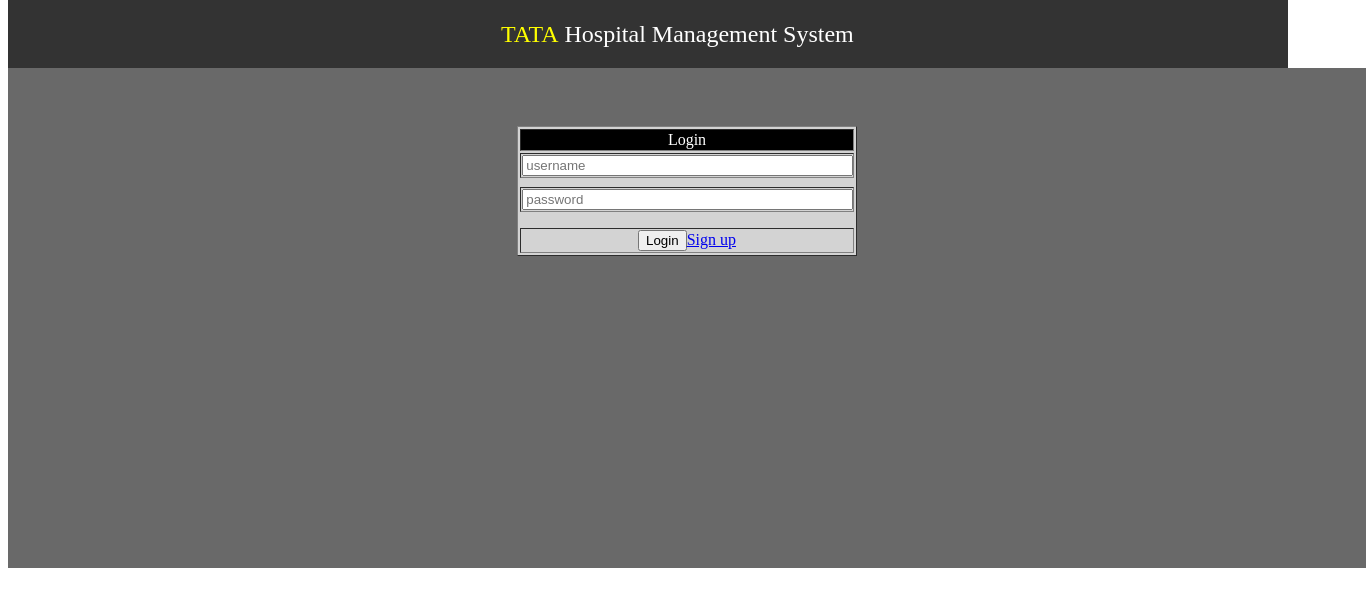
Repository: gopikavinod/RBM
Page: http://localhost/Hospital_Management_System/RegisterPatient.jsp
The author's editor kept a copy of each file at every save. The page is drawn from the files as they stood at one save, then again after the next save.
The browser window is 1280 px wide. The page is 1366 px wide, so the pictures cover 1366 px, including what lies to the right of the window. The pictures show the whole page.
The page is served by Tomcat 9.

Above is the page before, as saved 2020-06-27 09:31:56.

After the next save:
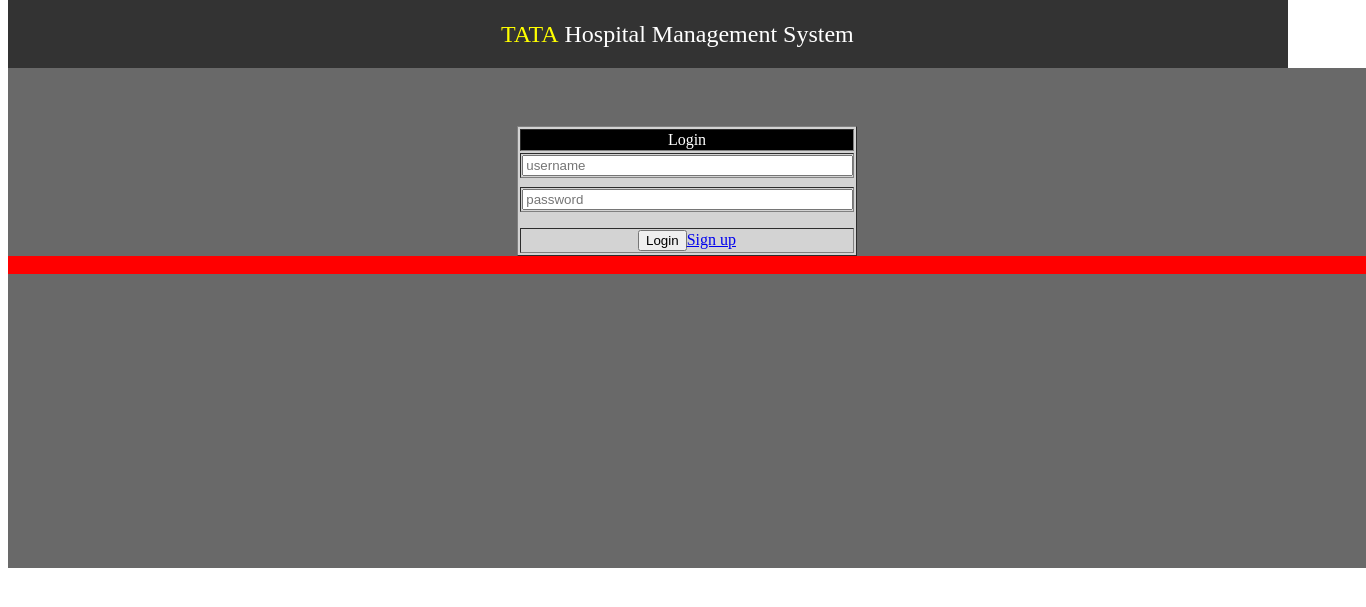
Saved 2 min 38 s later.
--- a/eclipse-workspace/Hospital Management System/WebContent/Login.jsp
+++ b/eclipse-workspace/Hospital Management System/WebContent/Login.jsp
@@ -120,7 +120,7 @@
 </table>
 
 		</form>
-		<div>
+		<div  style="background: red">
 		${message} <br>
 		</div>
 

After the 2 saves that followed:
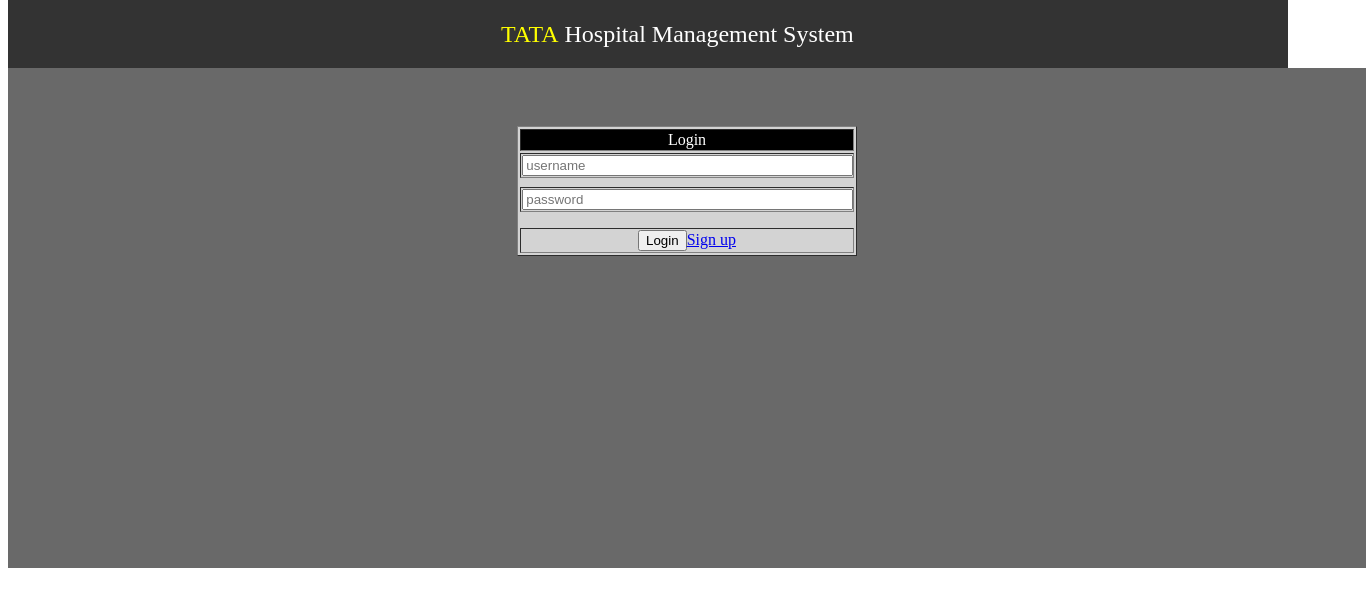
The 2 saves are shown as one change because 1 left the picture as it was.
The last was saved 2 min 50 s later.
--- a/eclipse-workspace/Hospital Management System/WebContent/Login.jsp
+++ b/eclipse-workspace/Hospital Management System/WebContent/Login.jsp
@@ -120,7 +120,7 @@
 </table>
 
 		</form>
-		<div  style="background: red">
+		<div style="color: red">
 		${message} <br>
 		</div>
 
